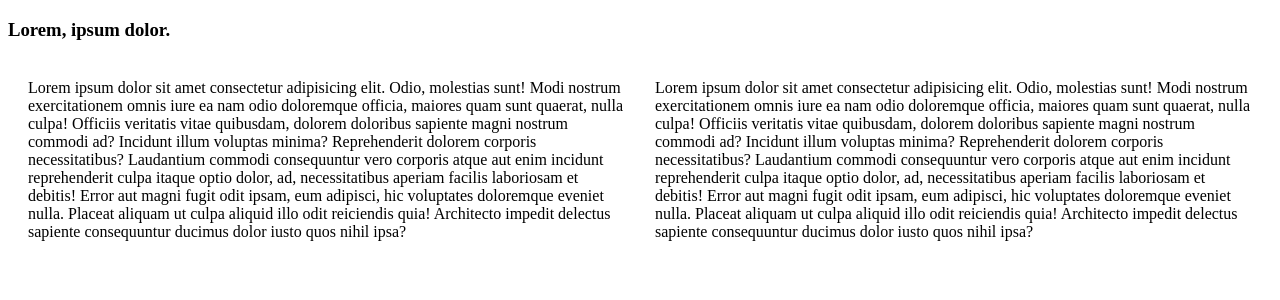
Repository: dinhhaidh/slider-book
Page: index.html
The author's editor kept a copy of each file at every save. The page is drawn from the files as they stood at one save, then again after the next save.
The browser window is 1280 px wide. The pictures show the whole page.

Above is the page before, as saved 2024-01-15 09:34:58.

After the next save:
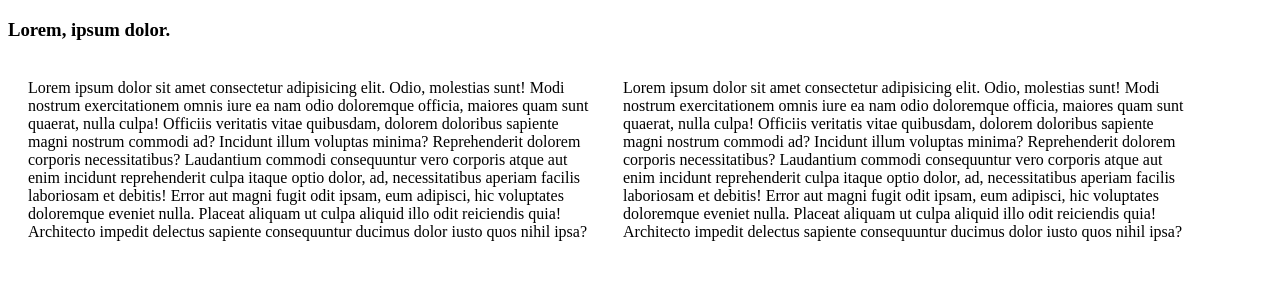
Saved 9 s later.
--- a/index.html
+++ b/index.html
@@ -7,7 +7,8 @@
 </head>
 <style>
     .container{
-
+        max-width: 1200px;
+        mảgin-inl
     }
     .content{
         columns: 200px 2;
